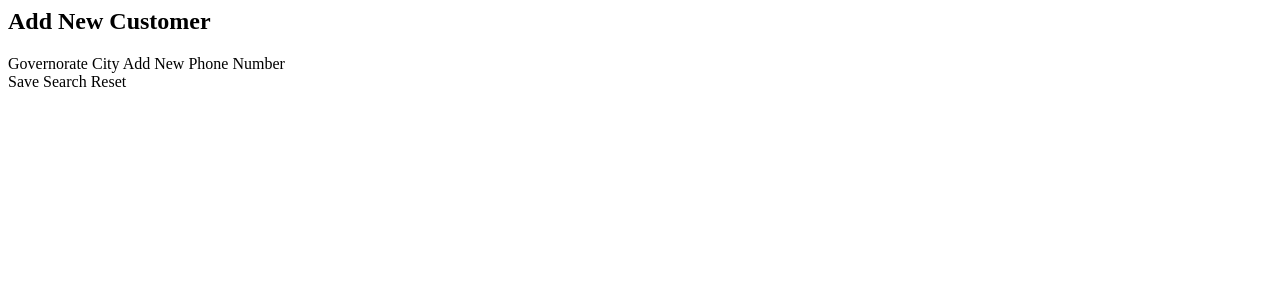
Repository: MagdyIYounis/Project-EDelivery
Page: ForntEnd/src/js/views/customers.html
An editor plug-in stored every save of this project. The page is shown before and after the next save, followed by the edit.
The browser window is 1280 px wide. The pictures show the whole page.

Above is the page before, as saved 2020-07-03 01:28:29.

After the next save:
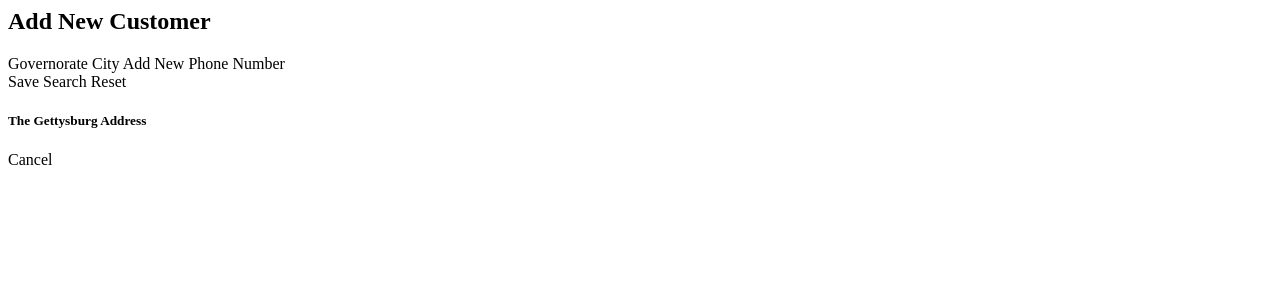
Saved 6 min 30 s later.
--- a/ForntEnd/src/js/views/customers.html
+++ b/ForntEnd/src/js/views/customers.html
@@ -170,4 +170,28 @@
     style="width: 100%; height: 400px;"
   >
   </oj-table>
+
+  <oj-popup
+    id="popup1"
+    class="demo-popup"
+    tail="none"
+    position.my.horizontal="center"
+    position.my.vertical="bottom"
+    position.at.horizontal="center"
+    position.at.vertical="bottom"
+    position.of="window"
+    position.offset.y="-10"
+    modality="modal"
+    on-oj-animate-start="[[startAnimationListener]]"
+  >
+    <div class="demo-popup-body">
+      <div class="demo-popup-header"><h5>The Gettysburg Address</h5></div>
+      <div class="demo-popup-content"></div>
+      <div class="demo-popup-footer">
+        <oj-button id="btnCancel" on-oj-action="[[cancelListener]]">
+          Cancel
+        </oj-button>
+      </div>
+    </div>
+  </oj-popup>
 </div>
